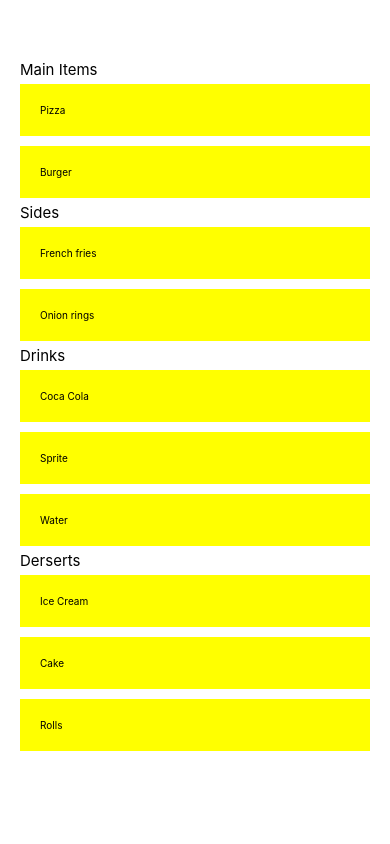
Repository: akinmiday/ReactNativeApp
Screen: /
The author's editor kept a copy of each file at every save. The screen is drawn from the files as they stood at one save, then again after the next save.
The app was drawn by React Native's web renderer in a window 390 px wide. The project was rebuilt for these pictures with package versions that can differ from the ones it lists, and the page was loaded fresh each time.

Above is the screen before, as saved 2023-08-06 08:55:58.

### App.js
import { View, Text } from "react-native";
import styles from "./styles";
import { useState } from "react";
import CustomSectionList from "./CustomSectionList";

export default function App() {
  const { container } = styles;
  const DATA = [
    {
      title: "Main Items",
      data: ["Pizza", "Burger"],
    },
    {
      title: "Sides",
      data: ["French fries", "Onion rings"],
    },
    {
      title: "Drinks",
      data: ["Coca Cola", "Sprite", "Water"],
    },
    {
      title: "Derserts",
      data: ["Ice Cream", "Cake", "Rolls"],
    },
  ];

  return (
    <View style={container}>
      <CustomSectionList data={DATA} />
    </View>
  );
}

### styles.js
import { StyleSheet } from "react-native";

const styles = StyleSheet.create({
  container: {
    marginTop: 40,
    padding: 20,
    backgroundColor: "#fff",
    flex: 1,
  },
  input: {
    backgroundColor: "pink",
    marginTop: 20,
    padding: 20,
    marginTop: 20,
    marginBottom: 20,
  },
  text: {
    fontSize: 20,
    color: "blue",
    fontWeight: "bold",
  },
  button: {
    backgroundColor: "yellow",
    padding: 15,
    alignItems: "center",
    width: "50%",
    alignSelf: "center",
    borderWidth: 5,
    borderColor: "green",
    marginTop: 20,
  },
  item: {
    backgroundColor: "yellow",
    padding: 20,
    marginVertical: 5,
  },
  header: {
    fontSize: 15,
  },
  title: {
    fontSize: 10,
  },
});

export default styles;

### CustomSectionList.js
import React from "react";
import { View, Text, SectionList } from "react-native";
import styles from "./styles";

export default function CustomSectionList(props) {
  const { data } = props;

  const { item, header } = styles;
  const Item = ({ title }) => (
    <View style={item}>
      <Text style={styles.title}>{title}</Text>
    </View>
  );
  return (
    <View>
      <SectionList
        sections={data}
        keyExtractor={(item, index) => item + index}
        renderItem={({ item }) => <Item title={item} renderSec />}
        renderSectionHeader={({ section: { title } }) => (
          <Text style={header}>{title}</Text>
        )}
      />
    </View>
  );
}

After the next save:
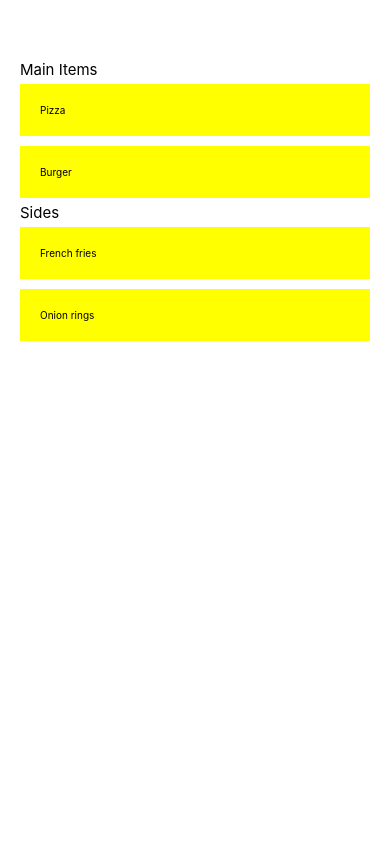
Saved 44 s later.
--- a/App.js
+++ b/App.js
@@ -14,14 +14,6 @@ export default function App() {
       title: "Sides",
       data: ["French fries", "Onion rings"],
     },
-    {
-      title: "Drinks",
-      data: ["Coca Cola", "Sprite", "Water"],
-    },
-    {
-      title: "Derserts",
-      data: ["Ice Cream", "Cake", "Rolls"],
-    },
   ];
 
   return (
